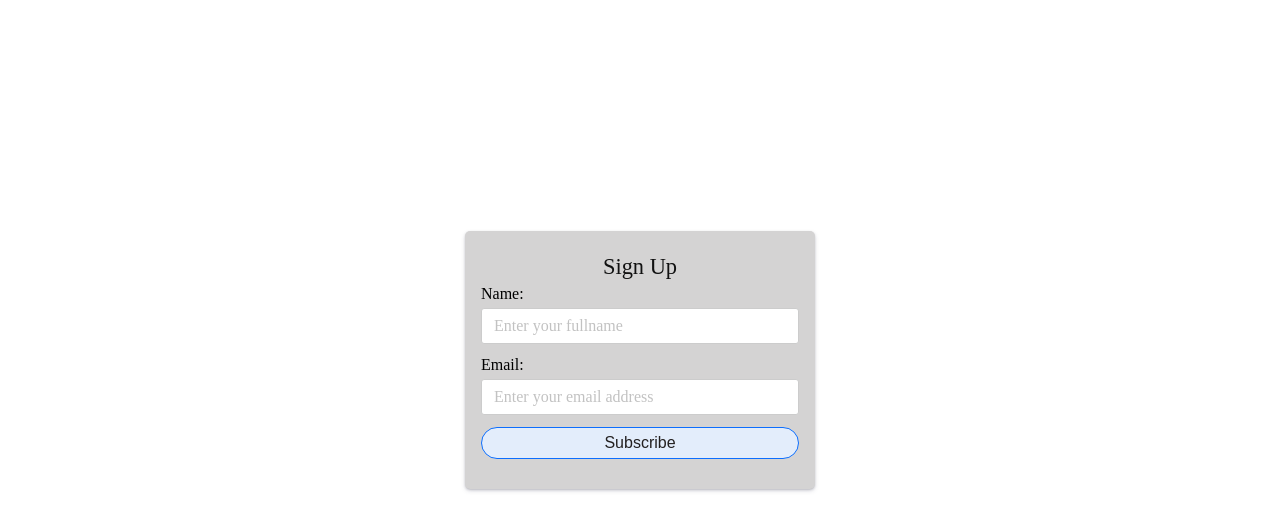
Repository: HoangDuy315/web-dev2022
Page: hw151022/ex2/ex2.2/index.html
These files come from the project's save history. The page is drawn as it stood at one moment and after the next save; the edit follows.
The browser window is 1280 px wide. The pictures show the whole page.

Above is the page before, as saved 2022-10-15 15:07:35.

After the next save:
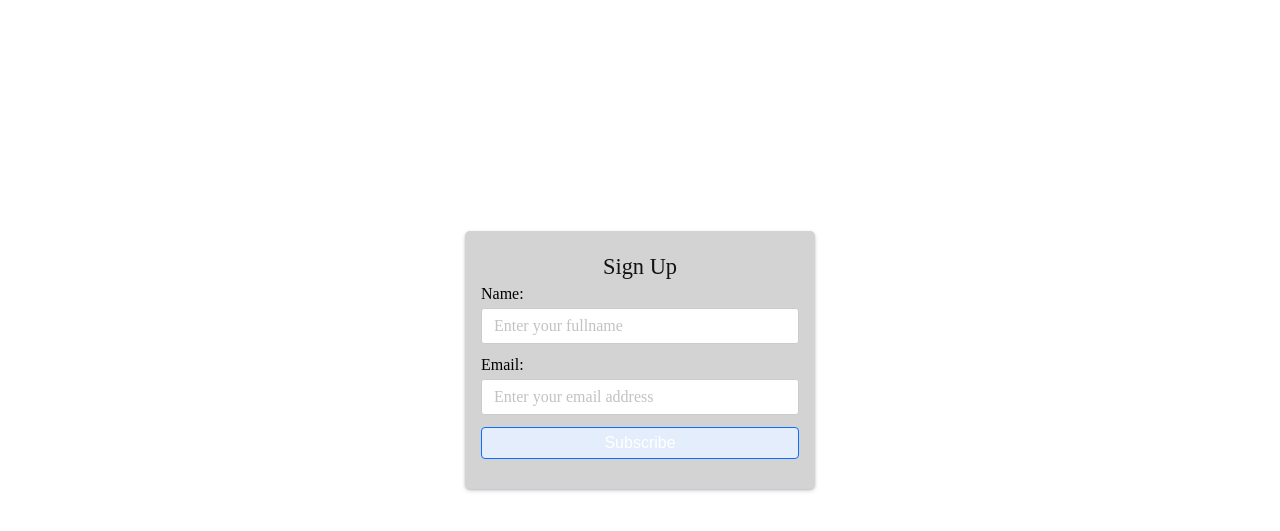
Saved 26 s later.
--- a/hw151022/ex2/ex2.2/index.css
+++ b/hw151022/ex2/ex2.2/index.css
@@ -110,12 +110,11 @@ textarea.success:focus {
 /* button */
 button {
   background: #e3edfb;
-  color: rgb(35, 32, 32);
+  color: #fff;
   border-radius: 0.25rem;
   font-size: 1rem;
   font-weight: 400;
   border: 1px solid #0d6efd;
-  border-radius: 50px;
   transition: color 0.15s ease-in-out, background-color 0.15s ease-in-out,
     border-color 0.15s ease-in-out, box-shadow 0.15s ease-in-out;
   text-align: center;
@@ -123,15 +122,15 @@ button {
 }
 
 button:hover {
-  background: #ebed4a;
-  border-color: #e5c245;
+  background: #0b5ed7;
+  border-color: #0a58ca;
   cursor: pointer;
 }
 
 button:focus {
   outline: none;
-  color: rgb(27, 18, 18);
-  background-color: #7a96c2;
+  color: #fff;
+  background-color: #0b5ed7;
   border-color: #0a58ca;
   box-shadow: 0 0 0 0.25rem rgb(49 132 253 / 50%);
 }
